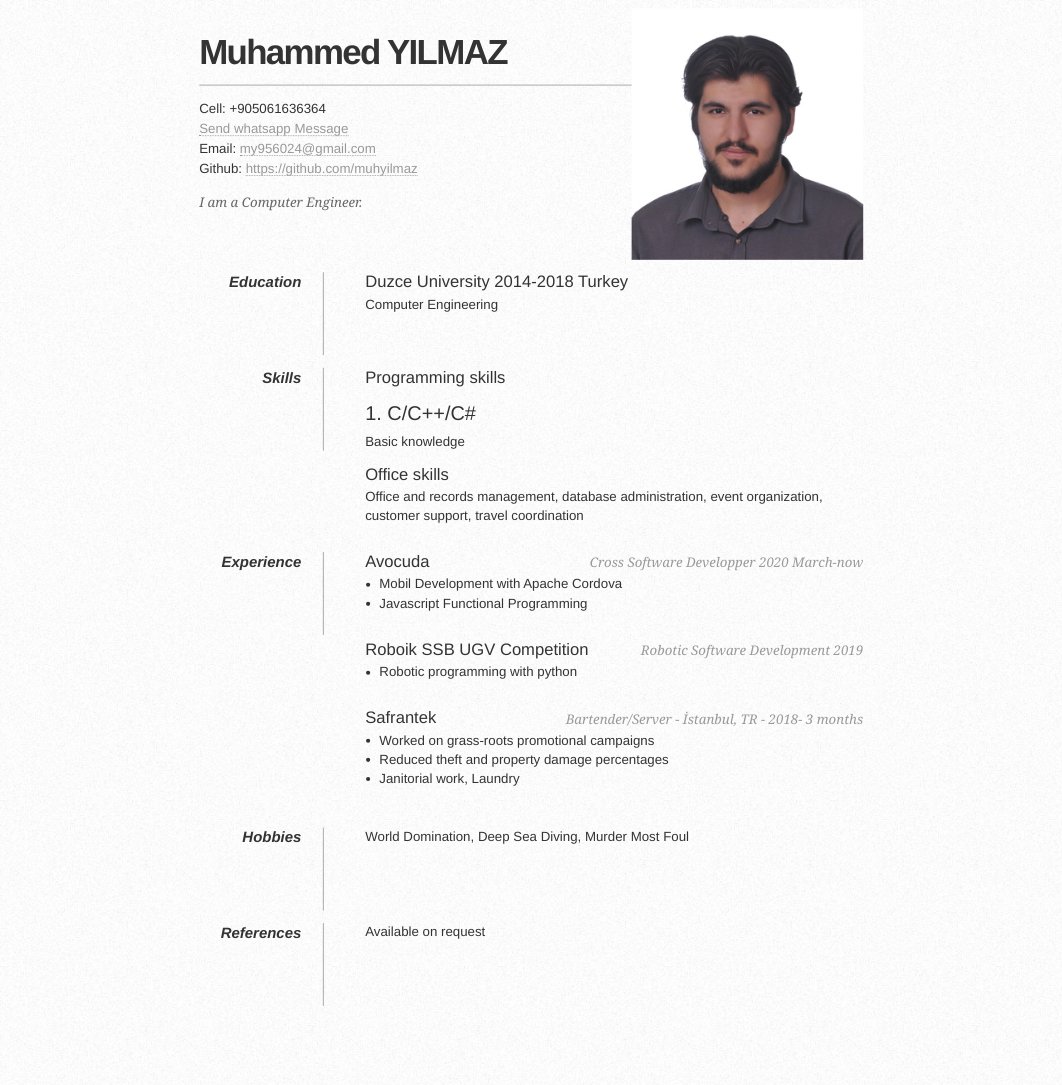
Repository: muhyilmaz/muhyilmaz.github.io
Page: index.html
These files come from the project's save history. The page is drawn as it stood at one moment and after the next save; the edit follows.
The browser window is 1280 px wide. The pictures show the whole page, at 83% of full size.

Above is the page before, as saved 2020-06-07 02:19:17.

After the next save:
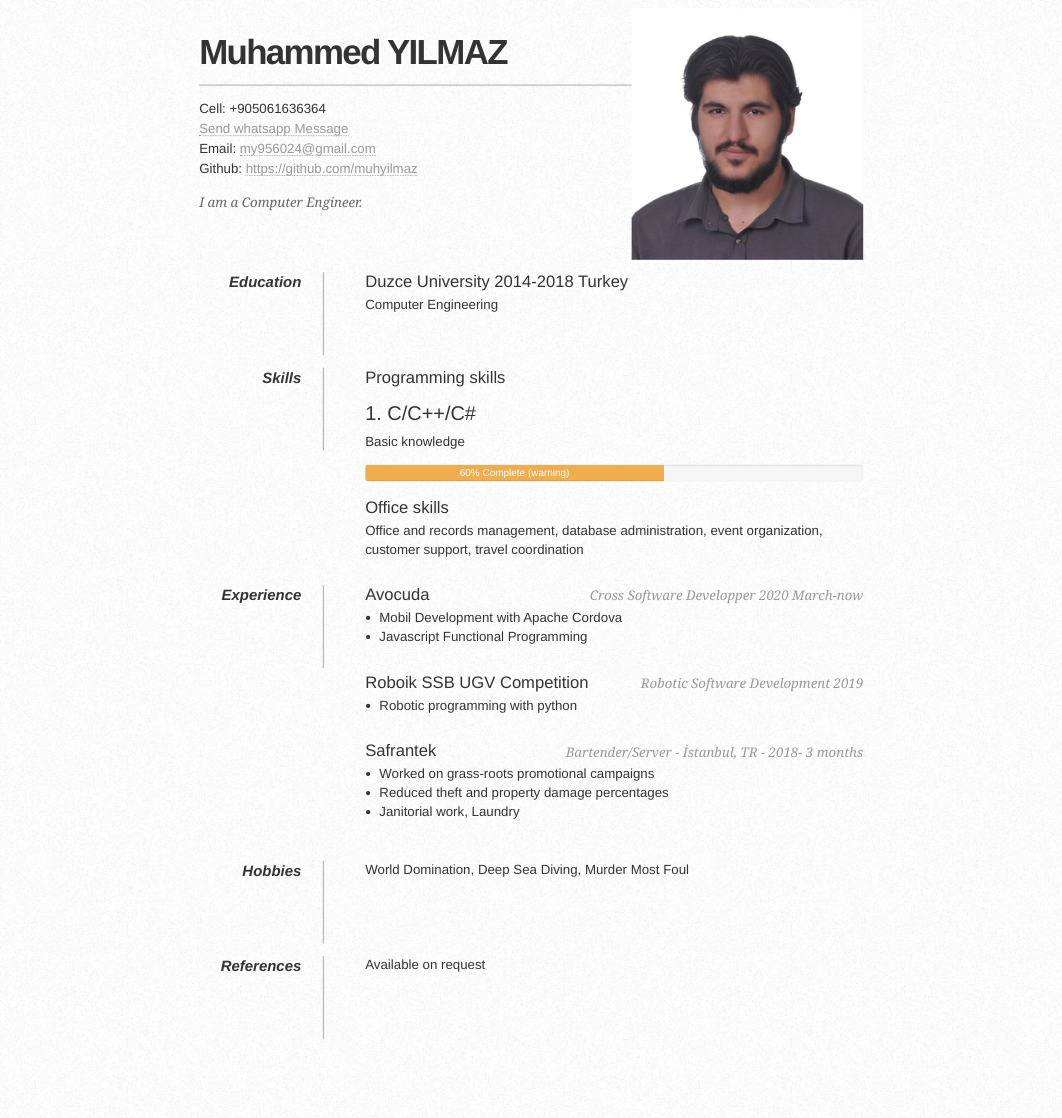
Saved 23 min 17 s later.
--- a/index.html
+++ b/index.html
@@ -87,6 +87,11 @@
 				<h2>Programming skills</h2>
 				<h3>1. C/C++/C# </h3>
                 <p>Basic knowledge </p>
+                <div class="progress">
+                    <div class="progress-bar progress-bar-warning" role="progressbar" aria-valuenow="60" aria-valuemin="0" aria-valuemax="100" style="width:60%">
+                      60% Complete (warning)
+                    </div>
+                  </div>
 
 				<h2>Office skills</h2>
                 <p>Office and records management, database administration, event organization, customer support, travel coordination</p>
